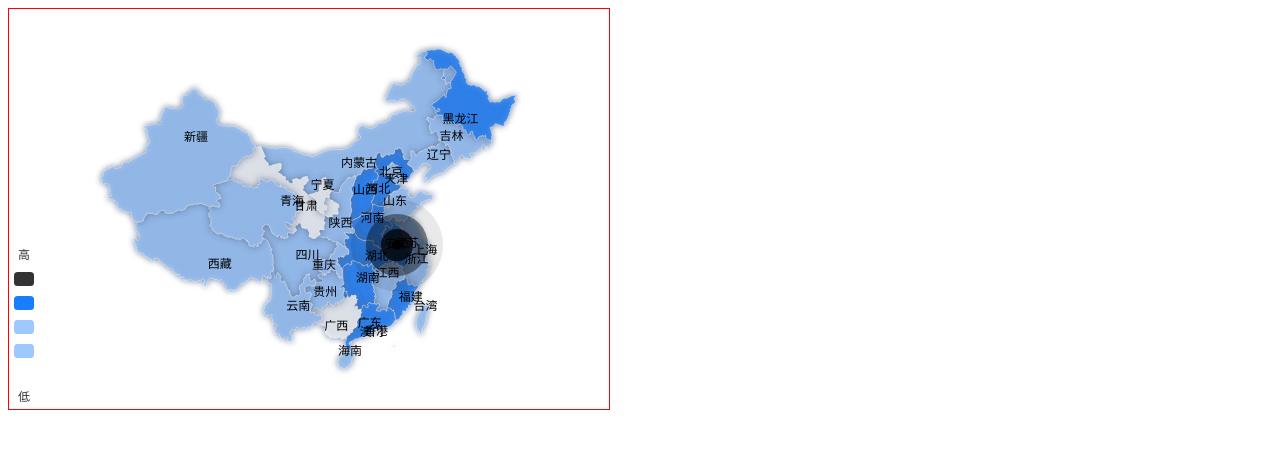
Repository: 572031690/echartssimple
Page: 21.地图常见效果_地图和散点图结合.html
These files come from the project's save history. The page is drawn as it stood at one moment and after the next save; the edit follows.
The browser window is 1280 px wide. The pictures show the whole page.

Above is the page before, as saved 2021-08-11 11:38:03.

After the next save:
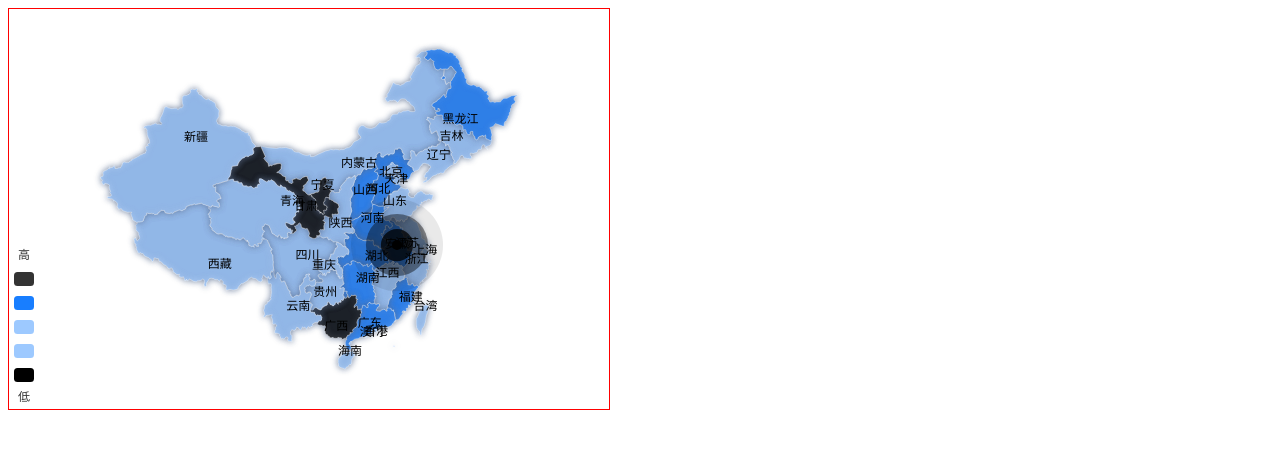
Saved 23 s later.
--- a/21.地图常见效果_地图和散点图结合.html
+++ b/21.地图常见效果_地图和散点图结合.html
@@ -117,7 +117,7 @@
             { gt: 100, lte: 200, label: "1000~10000", color: "#187EFF" }, // (310, 500]
             { gt: 50, lte: 100, label: "10~1000", color: "#9DC9FF" }, // (200, 300]
             { gt: 0, lte: 50, label: "0~10人", color: "B8E2FF" }, // (10, 200]
-            { value:0, label: "无数据", color: "#fff" } // [0]
+            { value:0, label: "无数据", color: "#000" } // [0]
           ],
 
           // calculable: true // 出现滑块

After the save that followed:
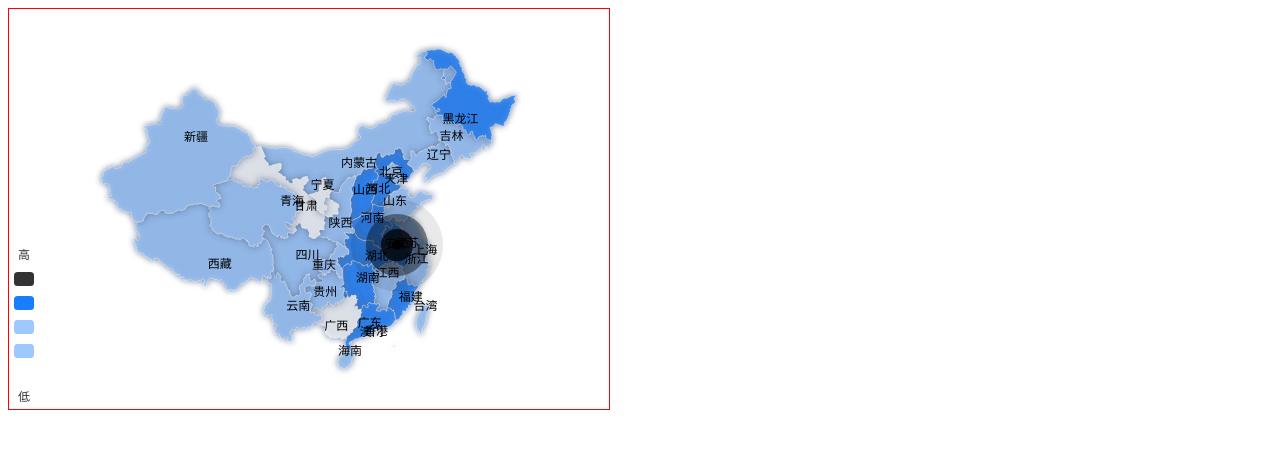
Saved 4 s later.
--- a/21.地图常见效果_地图和散点图结合.html
+++ b/21.地图常见效果_地图和散点图结合.html
@@ -117,7 +117,7 @@
             { gt: 100, lte: 200, label: "1000~10000", color: "#187EFF" }, // (310, 500]
             { gt: 50, lte: 100, label: "10~1000", color: "#9DC9FF" }, // (200, 300]
             { gt: 0, lte: 50, label: "0~10人", color: "B8E2FF" }, // (10, 200]
-            { value:0, label: "无数据", color: "#000" } // [0]
+            { value:0, label: "无数据", color: "#fff" } // [0]
           ],
 
           // calculable: true // 出现滑块
